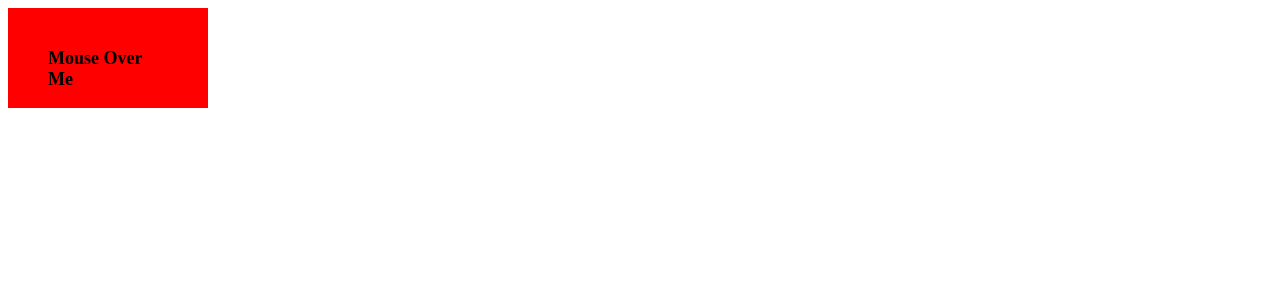
Repository: neem693/workspace
Page: studyhtml5/WebContent/ch05/practice_dom/practice_31.html
The author's editor kept a copy of each file at every save. The page is drawn from the files as they stood at one save, then again after the next save.
The browser window is 1280 px wide. The pictures show the whole page.

Above is the page before, as saved 2018-03-13 04:01:29.

### studyhtml5/WebContent/ch05/practice_dom/practice_31.html
<!DOCTYPE html>
<html>
<head>
<meta charset="UTF-8">
<meta name="viewport"
	content="width=device-width,initial-scale = 1.0" />
<title>Insert title here</title>

</head>
<body>

	<div onmouseover="mOver(this)" onmouseout="mOut(this)"
		style="background-color: red; width: 120px; height: 20px; padding: 40px; font-size: large; font-weight: bold;">Mouse
		Over Me</div>

	<script>
        function mOver(obj) {
            obj.innerHTML = "Thank you"
        }

        function mOut(obj) {
            obj.innerHTML = "Mouse Over Me"
        }
    </script>

</body>
</html>

After the next save:
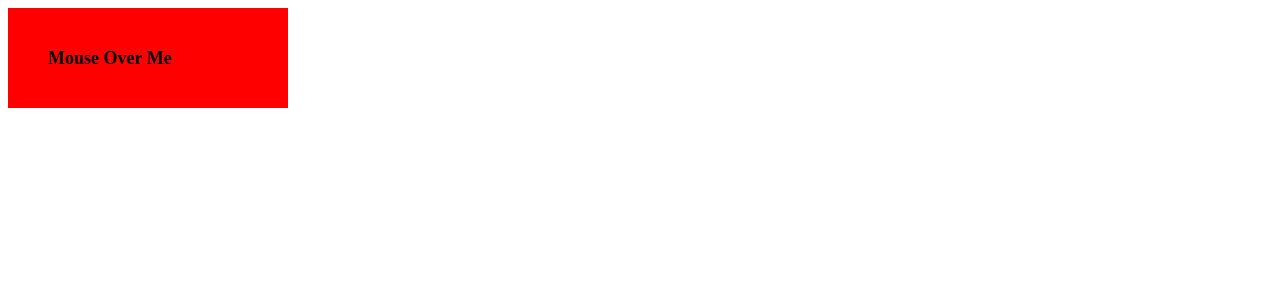
Saved 13 s later.
--- a/studyhtml5/WebContent/ch05/practice_dom/practice_31.html
+++ b/studyhtml5/WebContent/ch05/practice_dom/practice_31.html
@@ -10,7 +10,7 @@
 <body>
 
 	<div onmouseover="mOver(this)" onmouseout="mOut(this)"
-		style="background-color: red; width: 120px; height: 20px; padding: 40px; font-size: large; font-weight: bold;">Mouse
+		style="background-color: red; width: 200px; height: 20px; padding: 40px; font-size: large; font-weight: bold;">Mouse
 		Over Me</div>
 
 	<script>
